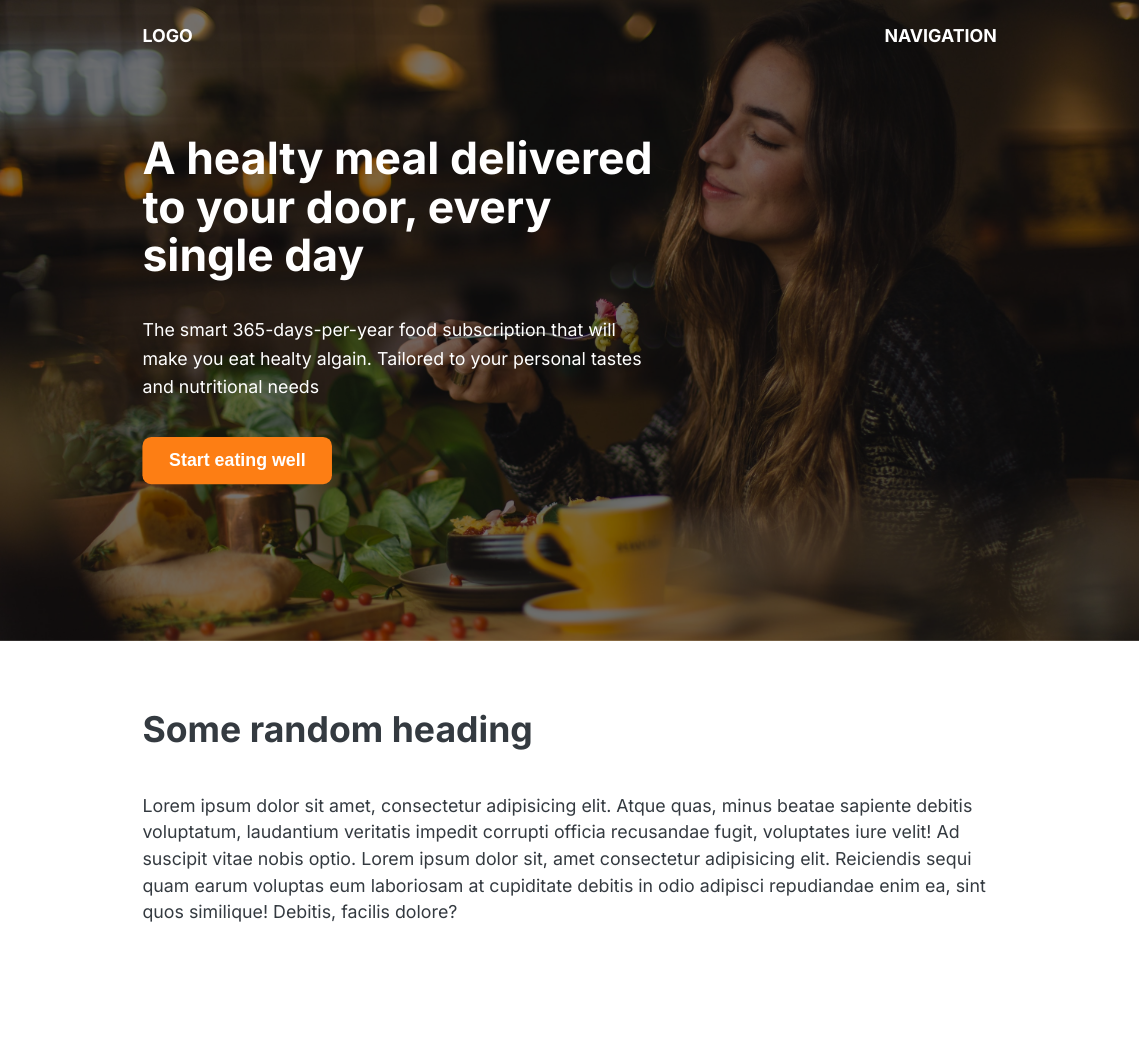
Repository: Ahmed123rezk123/06-Components
Page: hero.html
An editor plug-in stored every save of this project. The page is shown before and after the next save, followed by the edit.
The browser window is 1280 px wide. The pictures show the whole page, at 89% of full size.

Above is the page before, as saved 2024-09-18 09:34:26.

### hero.html
<!DOCTYPE html>
<html lang="en">
  <head>
    <meta charset="UTF-8" />
    <meta name="viewport" content="width=device-width, initial-scale=1.0" />
    <link rel="preconnect" href="https://fonts.gstatic.com" />
    <link
      href="https://fonts.googleapis.com/css2?family=Inter:wght@400;500;700&display=swap"
      rel="stylesheet"
    />
    <style>
      * {
        margin: 0;
        padding: 0;
        box-sizing: border-box;
      }

      body {
        font-family: "Inter", sans-serif;
        /* color: #343a40;
        background-color: #f8f9fa; */
        line-height: 1;
      }
      header {
        position: relative;
        background-image: url(/hero.jpg);
        background-repeat: no-repeat;
        background-size: cover;
        height: 100vh;
      }
      header::after {
        content: "";
        position: absolute;
        width: 100%;
        height: 100%;
        background-color: rgba(0, 0, 0, 0.5);
        top: 0;
        left: 0;
      }
      .container {
        margin: 0 150px;
        padding: 30px 10px;
      }
      nav {
        display: flex;
        justify-content: space-between;
        align-items: center;
      }
      nav div {
        color: #fff;
        font-size: 20px;
        font-weight: bold;
        text-transform: uppercase;
        z-index: 2;
      }
      .header-container {
        position: relative;
        margin-top: 40px;
        max-width: 600px;
        color: #fff;
        z-index: 3;
      }
      .header-container-inner h1 {
        font-size: 50px;
        line-height: 1.1;
        margin-bottom: 40px;
      }
      .header-container-inner p {
        line-height: 1.6;
        font-size: 20px;
        margin-bottom: 40px;
      }
      .btn {
        padding: 15px 30px;
        font-size: 20px;
        color: #fff;
        background-color: #fd7e14;
        cursor: pointer;
        border-radius: 10px;
        border: none;
        font-weight: bold;
        margin-bottom: 0;
      }
      section h1 {
        margin: 50px 0;
        font-size: 40px;
        font-weight: bold;
        color: #343a40;
      }
      section p {
        font-size: 20px;
        line-height: 1.5;
        color: #343a40;
        margin-bottom: 100px;
      }
    </style>
    <title>Pagination</title>
  </head>
  <body>
    <header>
      <nav class="container">
        <div>logo</div>
        <div>NAVIGATION</div>
      </nav>
      <div class="header-container container">
        <div class="header-container-inner">
          <h1>A healty meal delivered to your door, every single day</h1>
          <p>
            The smart 365-days-per-year food subscription that will make you eat
            healty algain. Tailored to your personal tastes and nutritional
            needs
          </p>
          <button class="btn">Start eating well</button>
        </div>
      </div>
    </header>
    <section class="container">
      <h1>Some random heading</h1>
      <p>
        Lorem ipsum dolor sit amet, consectetur adipisicing elit. Atque quas,
        minus beatae sapiente debitis voluptatum, laudantium veritatis impedit
        corrupti officia recusandae fugit, voluptates iure velit! Ad suscipit
        vitae nobis optio. Lorem ipsum dolor sit, amet consectetur adipisicing
        elit. Reiciendis sequi quam earum voluptas eum laboriosam at cupiditate
        debitis in odio adipisci repudiandae enim ea, sint quos similique!
        Debitis, facilis dolore?
      </p>
    </section>
  </body>
</html>

After the next save:
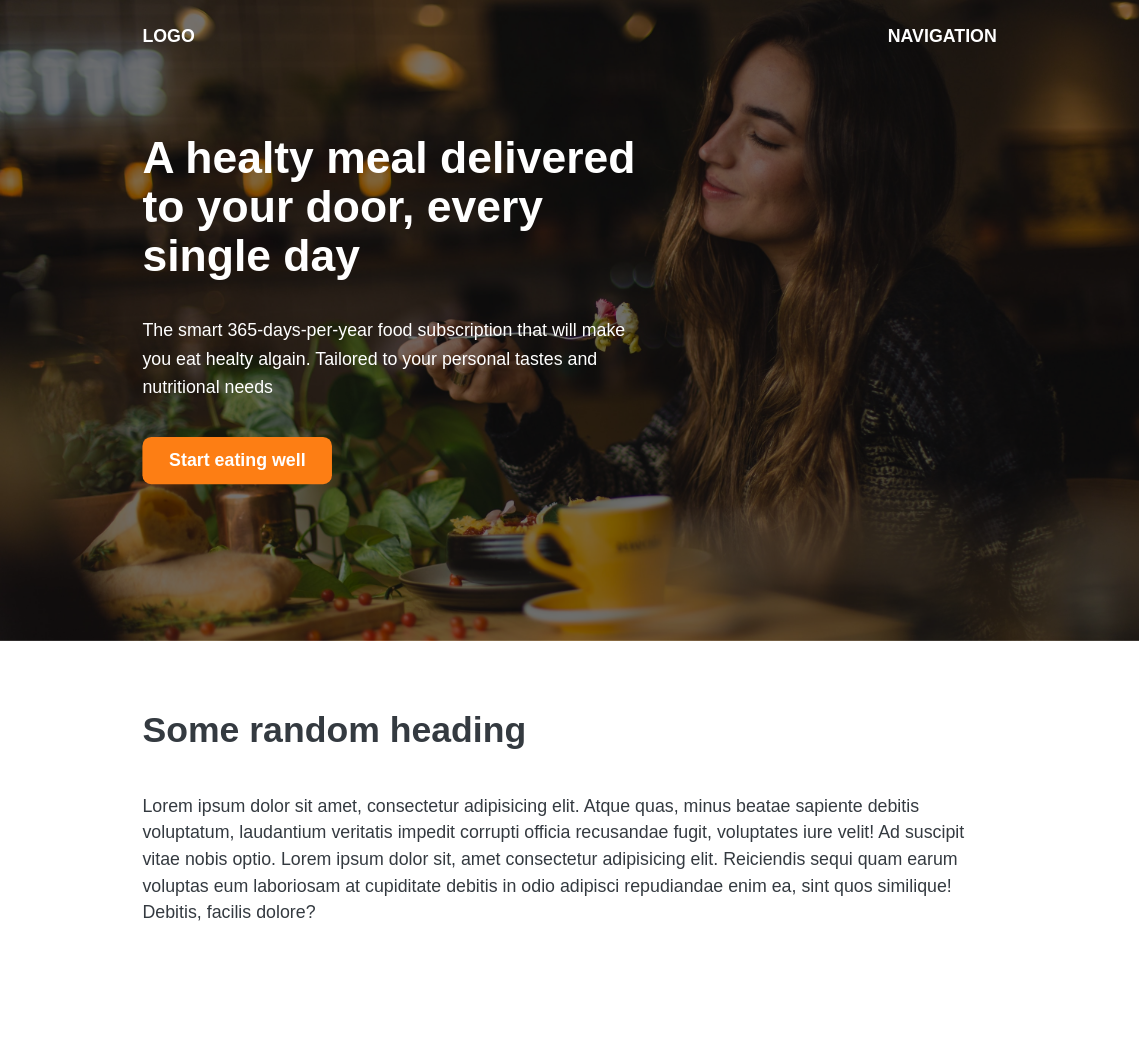
Saved 4 min 12 s later.
--- a/hero.html
+++ b/hero.html
@@ -4,8 +4,10 @@
     <meta charset="UTF-8" />
     <meta name="viewport" content="width=device-width, initial-scale=1.0" />
     <link rel="preconnect" href="https://fonts.gstatic.com" />
+    <link rel="preconnect" href="https://fonts.googleapis.com" />
+    <link rel="preconnect" href="https://fonts.gstatic.com" crossorigin />
     <link
-      href="https://fonts.googleapis.com/css2?family=Inter:wght@400;500;700&display=swap"
+      href="https://fonts.googleapis.com/css2?family=Hanken+Grotesk:ital,wght@0,100..900;1,100..900&display=swap"
       rel="stylesheet"
     />
     <style>
@@ -16,7 +18,7 @@
       }
 
       body {
-        font-family: "Inter", sans-serif;
+        font-family: "Rubik", sans-serif;
         /* color: #343a40;
         background-color: #f8f9fa; */
         line-height: 1;
